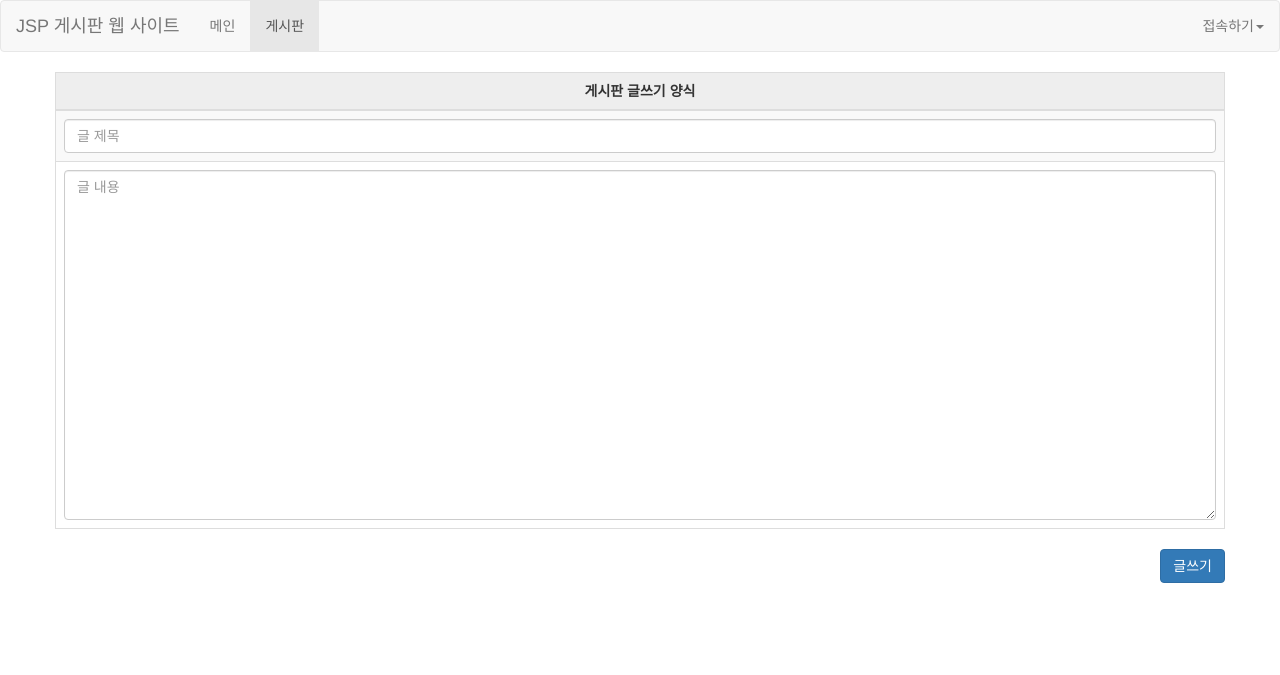
Repository: jk4g2/JSP_BBS
Page: http://localhost/BBS/view.jsp
The author's editor kept a copy of each file at every save. The page is drawn from the files as they stood at one save, then again after the next save.
The browser window is 1280 px wide. The pictures show the whole page.
Some web libraries are served in a nearby version. The page is served by Tomcat 9.

Above is the page before, as saved 2020-03-16 13:05:31.

After the next save:
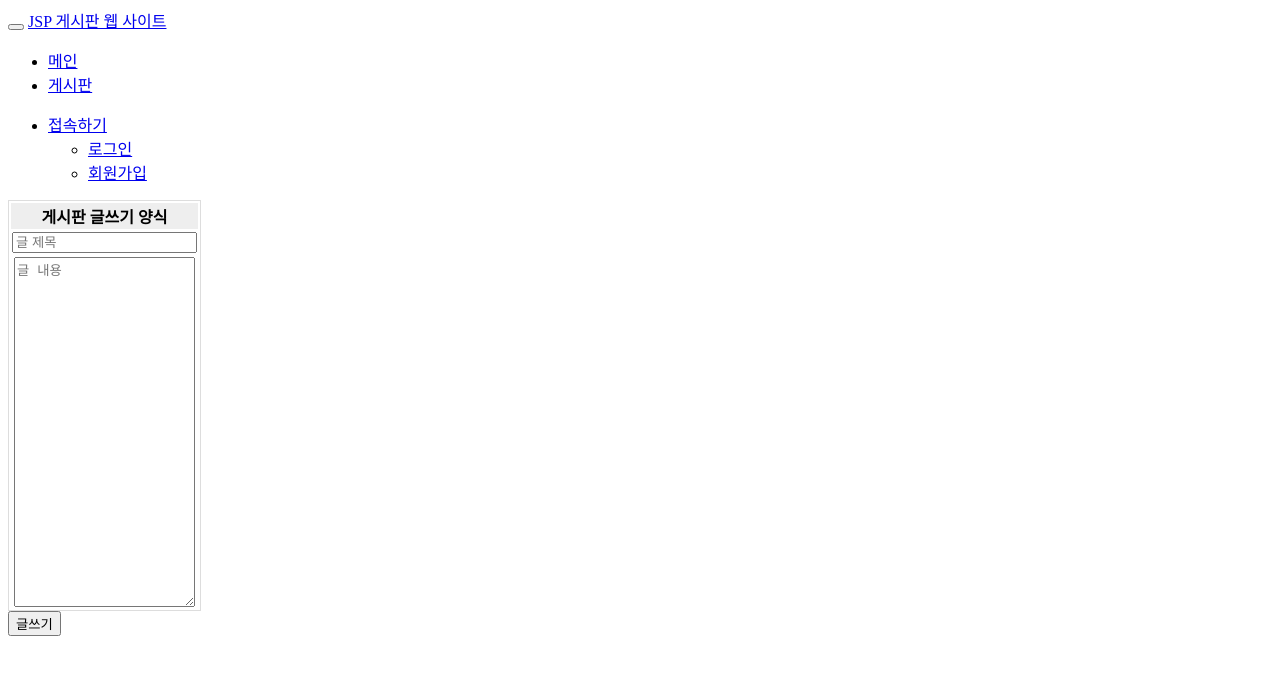
Console error: SyntaxError: Unexpected identifier 'html'
Saved 2 min 1 s later.
--- a/BBS/WebContent/view.jsp
+++ b/BBS/WebContent/view.jsp
@@ -21,6 +21,12 @@
 		int bbsID = 0;
 		if (request.getParameter("bbsID") != null){
 			bbsID = Integer.parseInt(request.getParameter("bbsID"));
+		}
+		if (bbsID == 0){
+			PrintWriter script = response.getWriter();
+			script.println("<script>");
+			script.println("alert('Login first!')");
+			script.println("location.href = 'login.jsp'");
 		}
 	%>
 	<nav class="navbar navbar-default">
